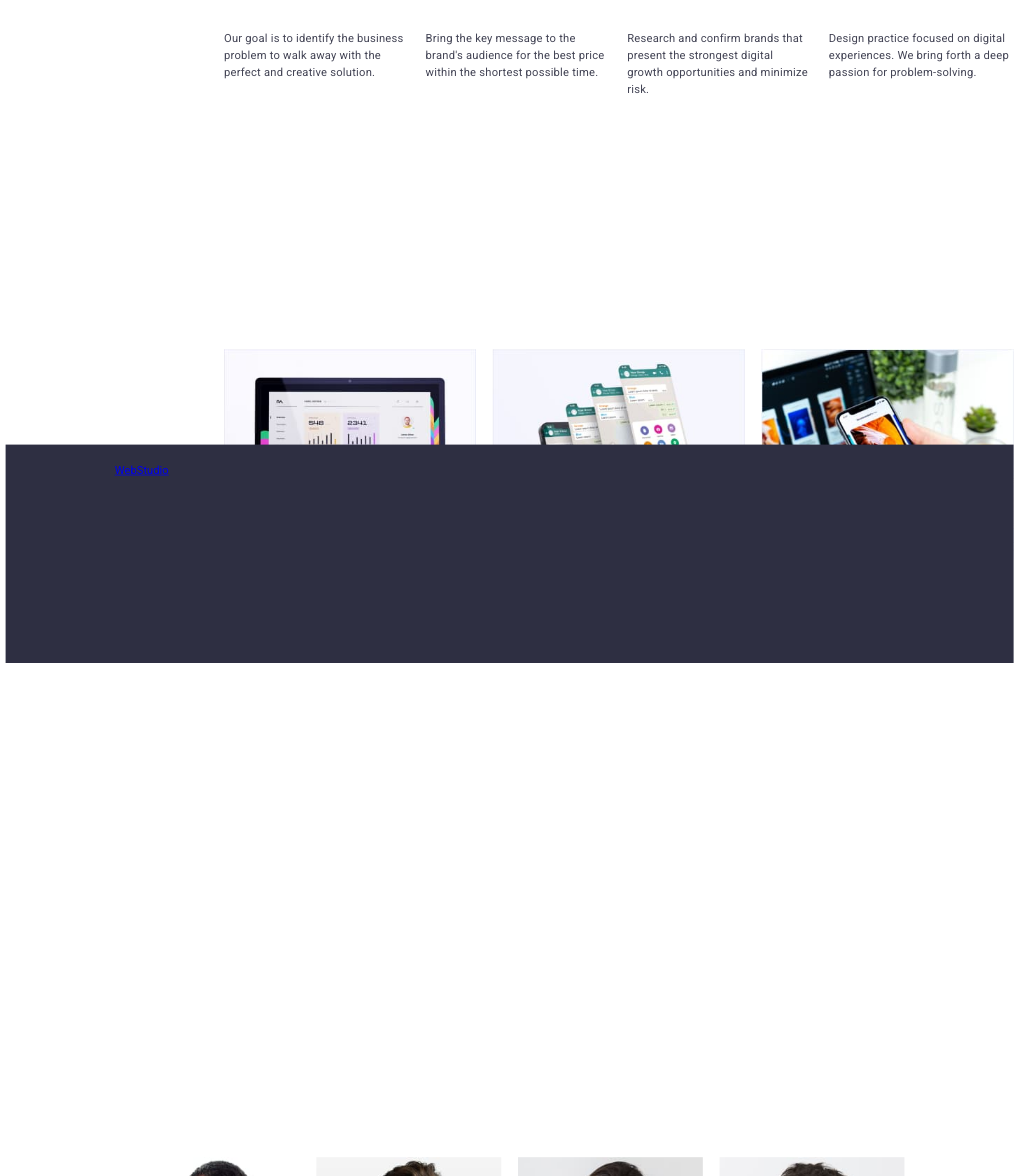
Repository: GrishchenkoNataliya/goit-markup-hw-02
Page: index.html
The author's editor kept a copy of each file at every save. The page is drawn from the files as they stood at one save, then again after the next save.
The browser window is 1280 px wide. The page is 1448 px wide, so the pictures cover 1448 px, including what lies to the right of the window. The pictures show the part of the page from y = 1653 to 3333 px (the page is 4796 px tall before and 4896 px after), at 70% of full size.

Above is the page before, as saved 2023-03-11 13:58:39.

### index.html
<!DOCTYPE html>
<html lang="en">
  <head>
    <meta charset="UTF-8" />
    <meta http-equiv="X-UA-Compatible" content="IE=edge" />
    <meta name="viewport" content="width=device-width, initial-scale=1.0" />

    <link rel="preconnect" href="https://fonts.googleapis.com" />
    <link rel="preconnect" href="https://fonts.gstatic.com" crossorigin />
    <link
      href="https://fonts.googleapis.com/css2?family=Raleway:wght@800&family=Roboto+Mono:wght@600&family=Roboto:wght@400;500;700&display=swap"
      rel="stylesheet"
    />
    <link rel="stylesheet" href="./css/styles.css" />
    <title>homework_2</title>
  </head>
  <body class="body">
    <header class="header">
      <a class="header-logo logo-web" href="./index.html"
        >Web<span class="logo-studio">Studio </span></a
      >
      <nav class="header-nav">
        <ul class="header-list">
          <li class="header-item">
            <a
              class="header-link"
              href=""
              target="_blank"
              rel="noopener noreferrer nofollow"
              >Studio</a
            >
          </li>
          <li class="header-item-portfolio">
            <a
              class="header-link"
              href="./portfolio/portfolio.html"
              target="_blank"
              rel="noopener noreferrer nofollow"
              >Portfolio</a
            >
          </li>
          <li class="header-item">
            <a
              class="header-link"
              href=""
              target="_blank"
              rel="noopener noreferrer nofollow"
              >Contacts</a
            >
          </li>
        </ul>
      </nav>
      <address class="address">
        <ul class="address-list">
          <li class="address-mail">
            <a href="mailto:info@devstudio.com">info@devstudio.com</a>
          </li>
          <li class="address-tel">
            <a href="tel:+110001111111">+11 (000) 111-11-11</a>
          </li>
        </ul>
      </address>
    </header>
    <main class="main">
      <section class="hero">
        <h1 class="hero-title">Effective Solutions for Your Business</h1>
        <button class="hero-btn" type="button">Order Service</button>
        <!-- Dark-bg -->
      </section>

      <section class="feature1">
        <h2 hidden>Большой заголовок</h2>
        <ul class="feature1-list">
          <li class="feature1-item1">
            <h3 class="feature1-title">Strategy</h3>
            <p class="feature1-text">
              Our goal is to identify the business problem to walk away with the
              perfect and creative solution.
            </p>
          </li>
          <li class="feature1-item2">
            <h3 class="feature1-title">Punctuality</h3>
            <p class="feature1-text">
              Bring the key message to the brand's audience for the best price
              within the shortest possible time.
            </p>
          </li>
          <li class="feature1-item3">
            <h3 class="feature1-title">Diligence</h3>
            <p class="feature1-text">
              Research and confirm brands that present the strongest digital
              growth opportunities and minimize risk.
            </p>
          </li>
          <li class="feature1-item4">
            <h3 class="feature1-title">Technologies</h3>
            <p class="feature1-text">
              Design practice focused on digital experiences. We bring forth a
              deep passion for problem-solving.
            </p>
          </li>
        </ul>
      </section>

      <section class="feature2">
        <h2 class="feature2-title">What are we doing</h2>
        <ul class="feature2-list">
          <li class="feature2-item-1">
            <img
              src="./images/pages1/Rectangle71-1.jpg"
              alt="Rectangle 71-1"
              width="360"
            />
          </li>
          <li class="feature2-item-2">
            <img
              src="./images/pages1/Rectangle71-2.jpg"
              alt="Rectangle 71-2"
              width="360"
            />
          </li>
          <li class="feature2-item-3">
            <img
              src="./images/pages1/Rectangle71-3.jpg"
              alt="Rectangle 71-3"
              width="360"
            />
          </li>
        </ul>
      </section>

      <section class="feature3">
        <h2 class="feature3-title-h2">Our Team</h2>
        <ul class="feature3-list">
          <li class="feature3-item1">
            <img
              src="./images/pages1/img1.jpg"
              alt="Mark Guerrero"
              width="264"
              height="260"
            />
            <h3 class="feature3-title">Mark Guerrero</h3>
            <p class="feature3-subtitle">Product Designer</p>
          </li>
          <li class="feature3-item2">
            <img
              src="./images/pages1/img2.jpg"
              alt="Tom Ford"
              width="264"
              height="260"
            />
            <h3 class="feature3-title">Tom Ford</h3>
            <p class="feature3-subtitle">Frontend Developer</p>
          </li>
          <li class="feature3-item3">
            <img
              src="./images/pages1/img3.jpg"
              alt="Camila Garcia"
              width="264"
              height="260"
            />
            <h3 class="feature3-title">Camila Garcia</h3>
            <p class="feature3-subtitle">Marketing</p>
          </li>
          <li class="feature3-item4">
            <img
              src="./images/pages1/img4.jpg"
              alt="Daniel Wilson"
              width="264"
              height="260"
            />
            <h3 class="feature3-title">Daniel Wilson</h3>
            <p class="feature3-subtitle">UI Designer</p>
          </li>
        </ul>
      </section>
    </main>
    <footer class="footer">
      <a class="header-logo" href="./index.html"
        >Web<span class="studio">Studio </span></a
      >

      <p class="footer-text">
        Increase the flow of customers and sales for your business with digital
        marketing & growth solutions.
      </p>
      <!-- Dark-bg -->
    </footer>
  </body>
</html>

### css/styles.css
body {
  font-family: "Roboto", sans-serif;
  /* font-family: open-; */

  position: relative;
  width: 1440px;
  height: 2592px;
  color: #434455;
  background: #ffffff;
}
/* @font-face {
  font-family: Roboto-500;
  src: url(../fonts/);
}
Підключення шрифта з папки fonts */

.header {
  /* position: absolute;
  width: 1440px;
  height: 72px;
  left: 0px;
  top: 0px; */
  display: flex;
  flex-direction: row;
  align-items: center;
  padding: 0px;

  position: absolute;
  width: 115px;
  height: 24px;
  left: 156px;
  top: 24px;
}

.header-logo {
  display: flex;
  flex-direction: row;
  align-items: center;
  padding: 0px;

  position: absolute;
  width: 115px;
  height: 24px;
  left: 156px;
  top: 24px;
}
.header-nav {
}
.logo-web {
  width: 44px;
  height: 21px;

  font-family: "Raleway";
  font-style: normal;
  font-weight: 800;
  font-size: 18px;
  line-height: 21px;
  /* identical to box height, or 117% */

  display: flex;
  align-items: center;
  letter-spacing: 0.03em;
  text-transform: uppercase;
  color: #4d5ae5;
}
.logo-studio {
  color: black;
}
.header-list {
  /* font-family: "Roboto";
  font-style: normal; потрібен для адреси, це нахил */
  font-weight: 500;
  font-size: 16px;
  line-height: 1.5;
  letter-spacing: 0.02em;
  color: #2e2f42;
}
.header-item {
}
.header-link {
  width: 48px;
  height: 24px;
  font-style: normal;
  font-weight: 500;
  font-size: 16px;
  line-height: 1.5;
  /* 24/16=1.5 */
  letter-spacing: 0.02em;
  color: #2e2f42;
  flex: none;
  order: 0;
  flex-grow: 0;
}

.address {
}
.address-list {
  font-style: normal;
  font-weight: 400;
  font-size: 16px;
  line-height: 1.5;
  letter-spacing: 0.02em;
  color: #434455;
}
.address-mail {
  position: absolute;
  width: 153px;
  height: 24px;
  left: 940px;
  top: 24px;
}
.address-tel {
  position: absolute;
  width: 151px;
  height: 24px;
  left: 1133px;
  top: 24px;
  color: #434455;
}
.main {
}
/* section hero */
.hero {
  position: absolute;
  width: 1440px;
  height: 600px;
  left: 0px;
  top: 72px;
  background: #2e2f42;
}
.hero-title {
  font-family: "Roboto";
  font-style: normal;
  font-weight: 700;
  font-size: 56px;
  line-height: 1.07;
  text-align: center;
  letter-spacing: 0.02em;
  color: #ffffff;
}
.hero-btn {
  position: absolute;
  width: 169px;
  height: 56px;
  left: 636px;
  top: 428px;
  background: #4d5ae5;
  box-shadow: 0px 4px 4px rgba(0, 0, 0, 0.15);
  border-radius: 4px;
}
/* section 1 */
.feature1 {
}
.feature1-list {
  position: absolute;
  width: 1128px;
  height: 104px;
  left: 156px;
  top: 792px;
}
.feature1-item1 {
  display: flex;
  flex-direction: column;
  align-items: flex-start;
  padding: 0px;
  gap: 8px;

  position: absolute;
  width: 264px;
  height: 104px;
  left: 156px;
  top: 792px;
}
.feature1-item2 {
  display: flex;
  flex-direction: column;
  align-items: flex-start;
  padding: 0px;
  gap: 8px;

  position: absolute;
  width: 264px;
  height: 104px;
  left: 444px;
  top: 792px;
}
.feature1-item3 {
  display: flex;
  flex-direction: column;
  align-items: flex-start;
  padding: 0px;
  gap: 8px;

  position: absolute;
  width: 264px;
  height: 104px;
  left: 732px;
  top: 792px;
}
.feature1-item4 {
  display: flex;
  flex-direction: column;
  align-items: flex-start;
  padding: 0px;
  gap: 8px;

  position: absolute;
  width: 264px;
  height: 104px;
  left: 1020px;
  top: 792px;
}
.feature1-title {
  font-family: "Roboto";
  font-style: normal;
  font-weight: 500;
  font-size: 20px;
  line-height: 1.2;
  letter-spacing: 0.02em;
  color: #2e2f42;
}
.feature1-text {
  font-family: "Roboto";
  font-style: normal;
  font-weight: 400;
  font-size: 16px;
  line-height: 1.5;
  letter-spacing: 0.02em;
  color: #434455;
}
/* section 2 */
.feature2 {
  position: absolute;
  width: 1128px;
  height: 412px;
  left: 156px;
  top: 1016px;
}
.feature2-title {
  font-family: "Roboto";
  font-style: normal;
  font-weight: 700;
  font-size: 36px;
  line-height: 1.1;
  text-align: center;
  letter-spacing: 0.02em;
  text-transform: capitalize;
  color: #2e2f42;
}
.feature2-list {
}
.feature2-item-1 {
  display: flex;
  flex-direction: column;
  align-items: flex-start;
  padding: 0px;

  position: absolute;
  width: 360px;
  height: 300px;
  left: 156px;
  top: 1128px;
}
.feature2-item-2 {
  display: flex;
  flex-direction: column;
  align-items: flex-start;
  padding: 0px;

  position: absolute;
  width: 360px;
  height: 300px;
  left: 540px;
  top: 1128px;
}
.feature2-item-3 {
  display: flex;
  flex-direction: column;
  align-items: flex-start;
  padding: 0px;

  position: absolute;
  width: 360px;
  height: 300px;
  left: 924px;
  top: 1128px;
}
/* section 3 */
.feature3 {
  position: absolute;
  width: 1440px;
  height: 732px;
  left: 0px;
  top: 1548px;
}
.feature3-title-h2 {
  font-family: "Roboto";
  font-style: normal;
  font-weight: 700;
  font-size: 36px;
  line-height: 1.1;
  text-align: center;
  letter-spacing: 0.02em;
  text-transform: capitalize;
  color: #2e2f42;
}
.feature3-list {
}
.feature3-item1 {
  display: flex;
  flex-direction: column;
  justify-content: center;
  align-items: center;
  padding: 0px 0px 32px;
  gap: 32px;

  position: absolute;
  width: 264px;
  height: 380px;
  left: 156px;
  top: 1780px;
}
.feature3-item2 {
  display: flex;
  flex-direction: column;
  justify-content: center;
  align-items: center;
  padding: 0px 0px 32px;
  gap: 32px;

  position: absolute;
  width: 264px;
  height: 380px;
  left: 444px;
  top: 1780px;
}
.feature3-item3 {
  display: flex;
  flex-direction: column;
  justify-content: center;
  align-items: center;
  padding: 0px 0px 32px;
  gap: 32px;

  position: absolute;
  width: 264px;
  height: 380px;
  left: 732px;
  top: 1780px;
}
.feature3-item4 {
  display: flex;
  flex-direction: column;
  justify-content: center;
  align-items: center;
  padding: 0px 0px 32px;
  gap: 32px;

  position: absolute;
  width: 264px;
  height: 380px;
  left: 1020px;
  top: 1780px;
}
.feature3-title {
  font-family: "Roboto";
  font-style: normal;
  font-weight: 500;
  font-size: 20px;
  line-height: 1.2;
  text-align: center;
  letter-spacing: 0.02em;
  color: #2e2f42;
}
.feature3-subtitle {
  font-family: "Roboto";
  font-style: normal;
  font-weight: 400;
  font-size: 16px;
  line-height: 1.2;
  text-align: center;
  letter-spacing: 0.02em;
  color: #434455;
}
.footer {
  display: flex;
  flex-direction: row;
  align-items: center;
  padding: 0px;

  /* position: absolute;
  width: 115px;
  height: 24px;
  left: 156px;
  top: 2380px; */

  position: absolute;
  width: 1440px;
  height: 312px;
  left: 0px;
  top: 2280px;
  background: #2e2f42;
}
.footer-text {
  position: absolute;
  width: 264px;
  height: 72px;
  left: 156px;
  top: 2420px;
  font-family: "Roboto";
  font-style: normal;
  font-weight: 400;
  font-size: 16px;
  line-height: 1.2;
  letter-spacing: 0.02em;
  color: #f4f4fd;
}
.main-portfolio {
}
/* -------------portfolio-section---------- */
.portfolio-section {
}
.portfolio-list {
  display: flex;
  flex-direction: row;
  align-items: flex-start;
  padding: 0px;
  gap: 24px;

  position: absolute;
  width: 586px;
  height: 48px;
  left: 427px;
  top: 168px;
}
.portfolio-item-all {
  display: flex;
  flex-direction: row;
  align-items: flex-start;
  padding: 12px 24px;

  width: 69px;
  height: 48px;
  background: #404bbf;
  box-shadow: 0px 3px 1px rgba(0, 0, 0, 0.1), 0px 2px 1px rgba(0, 0, 0, 0.08),
    0px 2px 2px rgba(0, 0, 0, 0.12);
  border-radius: 4px;
  flex: none;
  order: 0;
  flex-grow: 0;
}
.portfolio-btn {
}
.portfolio-label-all {
  font-family: "Roboto";
  font-style: normal;
  font-weight: 500;
  font-size: 16px;
  line-height: 24px;
  display: flex;
  align-items: center;
  text-align: center;
  letter-spacing: 0.04em;
  color: #ffffff;
}
.portfolio-item {
}
.portfolio-btn {
  display: flex;
  flex-direction: row;
  justify-content: center;
  align-items: center;
  padding: 12px 24px;
  width: 116px;
  height: 48px;
  background: #f4f4fd;
  border: 1px solid #e7e9fc;
  border-radius: 4px;
}
.portfolio-label {
  font-family: "Roboto";
  font-style: normal;
  font-weight: 500;
  font-size: 16px;
  line-height: 1.2;
  display: flex;
  align-items: center;
  text-align: center;
  letter-spacing: 0.04em;
  color: #4d5ae5;
  flex: none;
  order: 0;
  flex-grow: 0;
}

/* .portfolio-btn3 {
  width: 78px;
} */

/* .portfolio-btn4 {
  width: 101px;
} */

/* .portfolio-btn5 {
  width: 126px;
} */

/* -------portfolio-section2---- */
.portfolio-section {
  position: absolute;
  left: 8.33%;
  right: 8.33%;
  top: 0%;
  bottom: 0%;
}
.portfolio-section-list-first {
  display: block;
  margin: 8px;
  position: absolute;
  width: 1128px;
  height: 420px;
  left: 156px;
  top: 288px;
}

.project-card-first {
  width: 360px;
  height: 420px;
  left: 156px;
  top: 288px;
  background: #ffffff;
  border: 1px solid #e7e9fc;
}

.portfolio-title {
  font-family: "Roboto";
  font-style: normal;
  font-weight: 500;
  font-size: 20px;
  line-height: 1.2;
  letter-spacing: 0.02em;
  color: #2e2f42;
}
.portfolio-text {
  font-family: "Roboto";
  font-style: normal;
  font-weight: 400;
  font-size: 16px;
  line-height: 1.5;
  letter-spacing: 0.02em;
  color: #434455;
}
.project-card-second {
  left: 540px;
}

.project-card-last {
  left: 924px;
}

.portfolio-section-list-second {
  position: absolute;
  width: 1128px;
  height: 420px;
  left: 156px;
  top: 756px;
}
.portfolio-section-list-last {
  position: absolute;
  width: 1128px;
  height: 420px;
  left: 156px;
  top: 1224px;
}

After the next save:
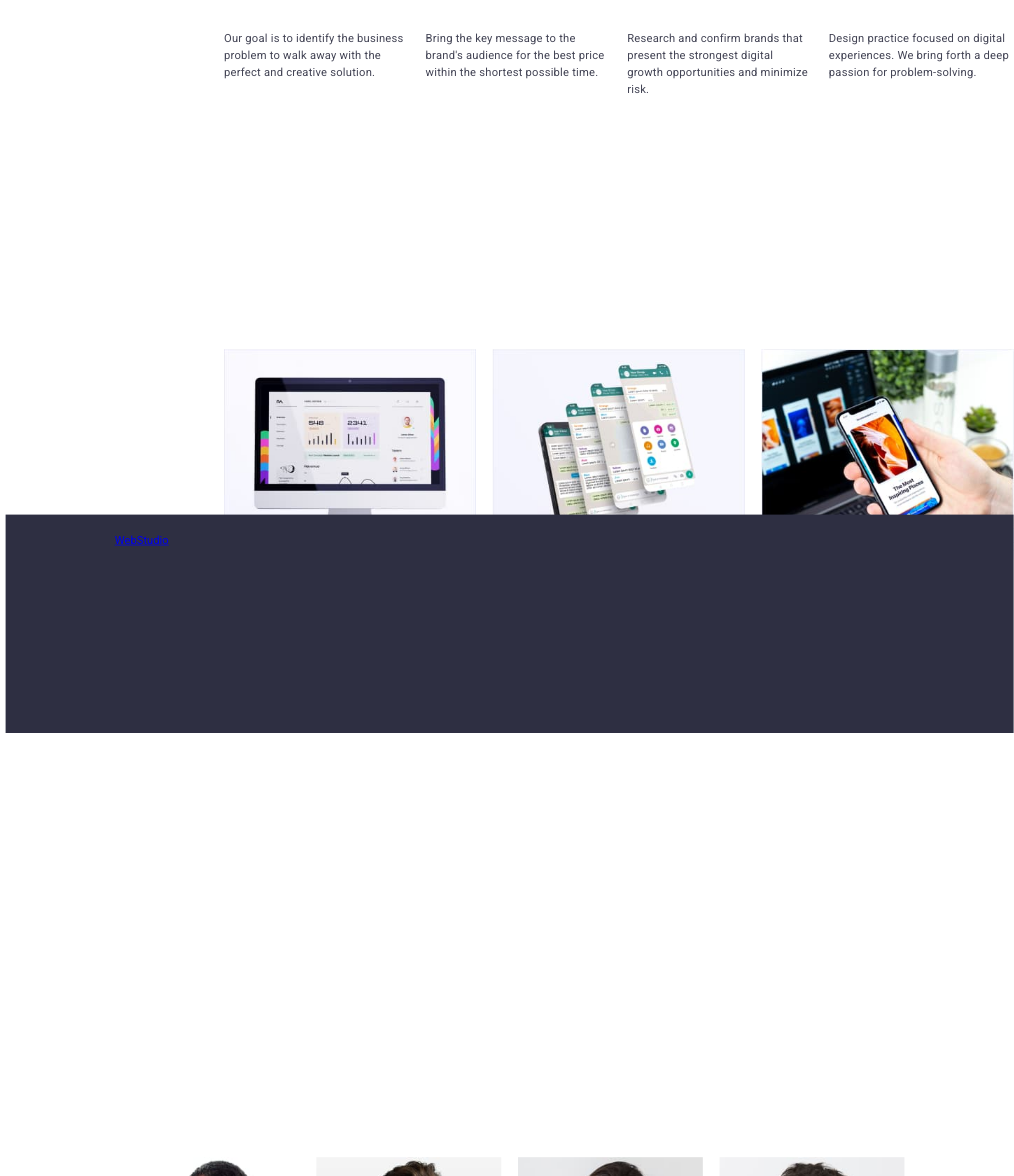
Saved 41 s later.
--- a/css/styles.css
+++ b/css/styles.css
@@ -398,7 +398,7 @@ body {
   width: 1440px;
   height: 312px;
   left: 0px;
-  top: 2280px;
+  top: 2380px;
   background: #2e2f42;
 }
 .footer-text {
